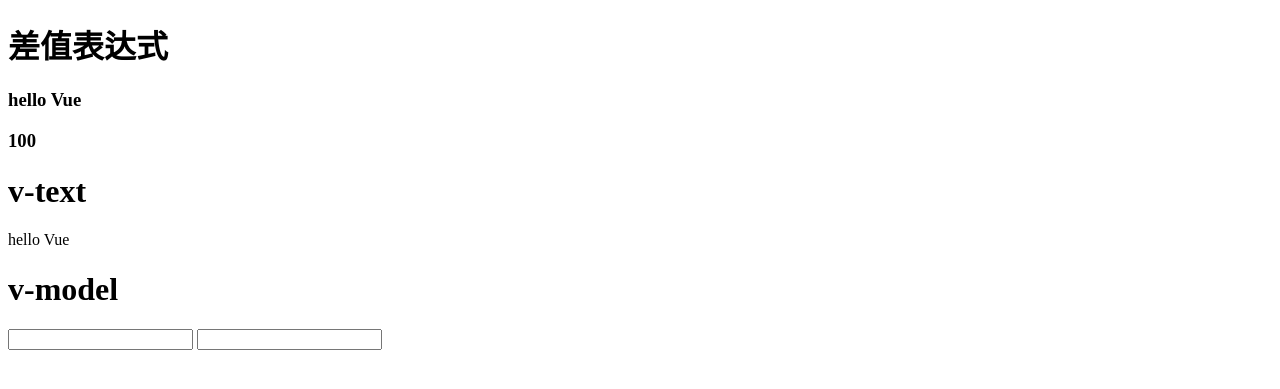
Repository: minfat/vue-reactive
Page: vue/index.html
These files come from the project's save history. The page is drawn as it stood at one moment and after the next save; the edit follows.
The browser window is 1280 px wide. The pictures show the whole page.

Above is the page before, as saved 2020-12-07 22:24:44.

### vue/index.html
<!DOCTYPE html>
<html lang="en">
<head>
    <meta charset="UTF-8">
    <meta name="viewport" content="width=device-width, initial-scale=1.0">
    <title>Document</title>
</head>
<body>
    <div id="app">
        <h1>差值表达式</h1>
        <h3>{{msg}}</h3>
        <h3>{{count}}</h3>
        <h1>v-text</h1>
        <div v-text="msg"></div>
        <h1>v-model</h1>
        <input type="text" v-model="msg">
        <input type="text" v-model="count">
    </div>
</body>
</html>
<script src="./js/compiler.js"></script>
<script src="./js/Observer.js"></script>
<script src="./js/vue.js"></script>
<script>
    let vm = new Vue({
        el:'#app',
        data:{
            msg:'hello Vue',
            count:100,
            preson:{
                name:'ydd'
            }
        }
    })
    console.log(vm.msg)
    vm.msg={
        test:'hello'
    }
</script>

### vue/js/compiler.js
class Compiler {
    constructor(vm) {
        this.el = vm.$el
        this.vm = vm
        this.compile(this.el)

    }
    //编译模板，处理文本节点和元素节点
    compile(el) {
        let childNodes = el.childNodes
        //Array.from将伪数组
        Array.from(childNodes).forEach(node=>{
            //处理文本节点
            if(this.isTextNode(node)) {
                this.compileText(node)
            }else if(this.isElementNode(node)) {
                //处理元素节点
                this.compileElement(node)
            }
            //判断node节点，是否有子节点,如果有子节点，要递归调用compile
            if(node.childNodes && node.childNodes.length) {
                this.compile(node)
            }
        })
    }
    //编译元素节点，处理指令
    compileElement(node) {
        //遍历所有的属性节点
        console.log(node)
        Array.from(node.attributes).forEach(attr=>{
            let attrName = attr.name
            console.log(this.isDirective(attrName))
            if(this.isDirective(attrName)) {
                //v-text ==>text
                attrName = attrName.substr(2)
                console.log(attrName,'-attrName-')
                let key = attr.value
                this.update(node,key,attrName)
            }
        })

    }
    update(node,key,attrName) {
        let updateFn = this[attrName+'Updater']
        updateFn && updateFn(node,this.vm[key])
    }
    //处理 v-text 指令
    textUpdater(node,value) {
        node.textContent = value
    }
    //处理 v-model
    modelUpdater(node,value) {
        console.log(node,value)
        node.textContent = value
    }
    //编译文本节点，处理差值表达式
    compileText(node) {
        let reg = /\{\{(.+?)\}\}/
        let value = node.textContent
        if(reg.test(value)) {
            let key = RegExp.$1.trim()
            node.textContent = value.replace(reg,this.vm[key])
        }
    }
    //判断元素属性是否是指令
    isDirective(attrName) {
        //判断字符串是否以v-开头
        return attrName.startsWith('v-')
    }
    //判断节点是否是文本节点
    isTextNode(node) {
        //nodeType === 1 元素节点 nodeType === 3 文本节点
        return node.nodeType === 3
    }
    //判断节点是否是元素节点
    isElementNode(node) {
        return node.nodeType === 1
    }
}

### vue/js/Observer.js
class Observer{
    constructor(data) {
        this.walk(data)
    }
    //遍历data对象的所有属性
    walk(data) {
        //1.判断data是否是对象
        if(!data || typeof data !=='object') {
            return
        }
        //2.遍历data对象的所有属性
        Object.keys(data).forEach(key=>{
            this.defineReactive(data,key,data[key])
        })
    }
    //转换getter,setter
    defineReactive(obj,key,val) {
        let self = this
        //如果val是对象，把val内部的属性转换成响应式的。递归
        self.walk(val)
        Object.defineProperty(obj,key,{
            enumerable:true,//可枚举
            configurable:true,//可配置
            get() {
                return val //obj[key] 会发生死递归，这就是为什么要传递val而不是直接用obj[key]
            },
            set(newValue) {
                if(newValue === val) {retun}
                val = newValue
                self.walk(newValue)
                //发送通知
            }

        })
    }
}

### vue/js/vue.js
class Vue{
    constructor (options) {
        //1.通过属性保存选项的数据
        this.$options = options || {}
        this.$data = options.data || {}
        this.$el = typeof options.el === 'string' ? document.querySelector(options.el) : options.el
        //2.把data中的成员转换成getter和setter，注入到vue实例中
        this._proxyData(this.$data)
        //3.调用observer对象，监听数据的变化
        new Observer(this.$data)
        //4.调用compiler对象，解析指令和差值表达式
        console.log(this)
        new Compiler(this)
    }
    _proxyData(data) {
        //遍历data中的所有属性
        Object.keys(data).forEach(key=>{
            //把data的属性注入到vue实例中
            Object.defineProperty(this,key,{
                enumerable:true,
                configurable:true,
                get() {
                    return data[key]
                },
                set(newValue) {
                    if(newValue === data[key]) {
                        return
                    }
                    data[key] = newValue
                }
            })
        })
    }
}

After the next save:
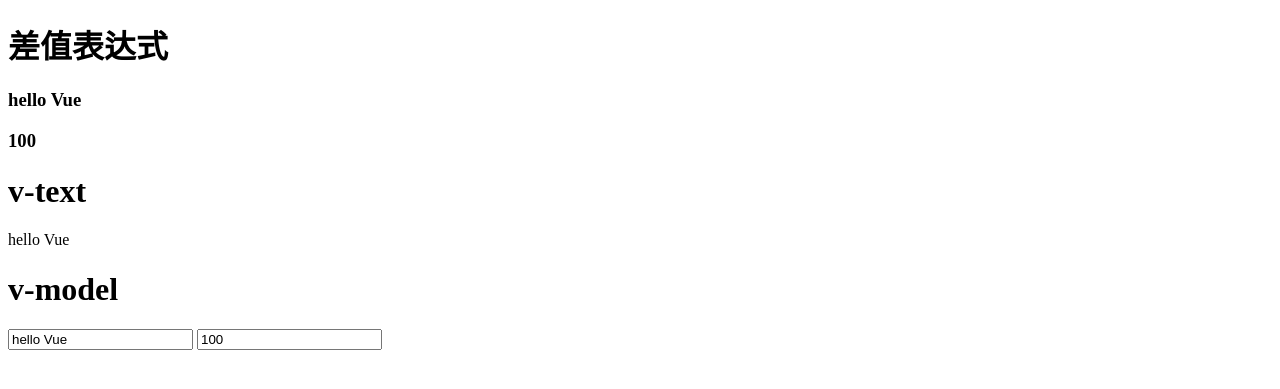
Saved 32 s later.
--- a/vue/js/compiler.js
+++ b/vue/js/compiler.js
@@ -51,7 +51,7 @@ class Compiler {
     //处理 v-model
     modelUpdater(node,value) {
         console.log(node,value)
-        node.textContent = value
+        node.value = value
     }
     //编译文本节点，处理差值表达式
     compileText(node) {
